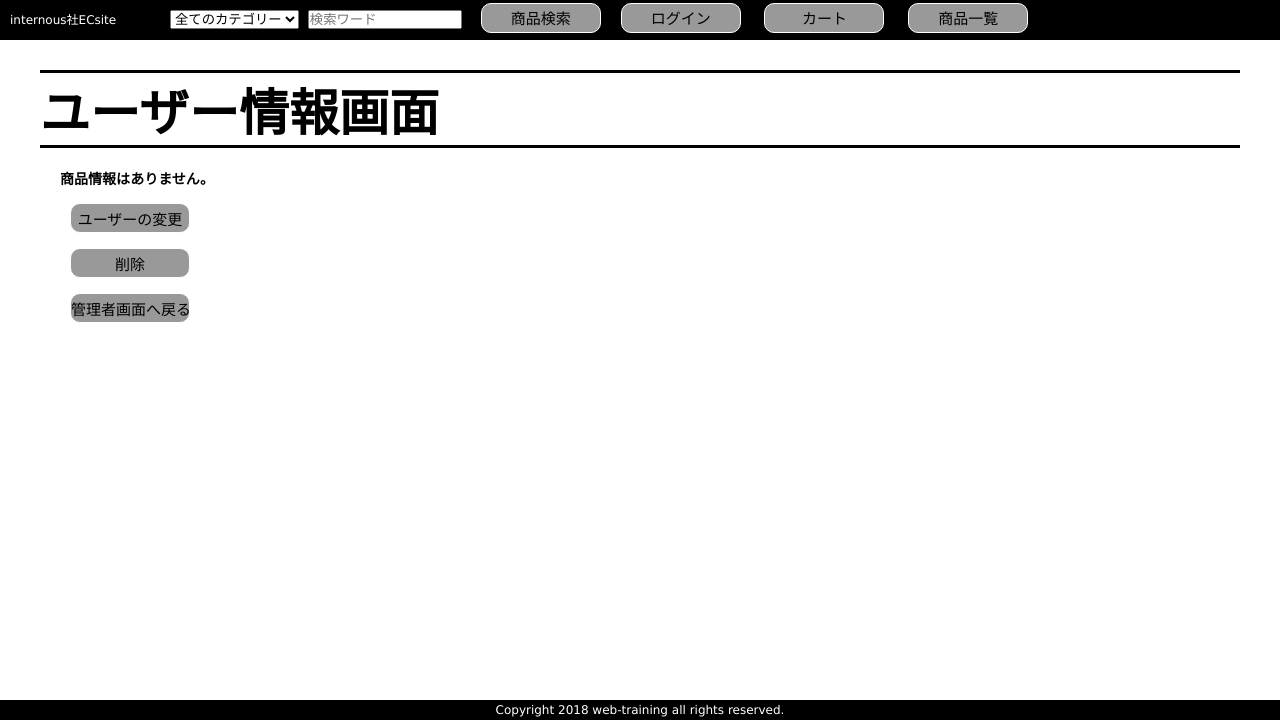
Repository: geeta333/ECsite
Page: http://localhost/web-training/userInfoChange.jsp
The author's editor kept a copy of each file at every save. The page is drawn from the files as they stood at one save, then again after the next save.
The browser window is 1280 px wide. The pictures show the whole page.
The page is served by Tomcat 9. Other server files are loaded and not shown.

Above is the page before, as saved 2018-07-27 06:40:59.

### web-training/WebContent/userInfoChange.jsp
<%@ page language="java" contentType="text/html; charset=UTF-8"
    pageEncoding="UTF-8"%>
<%@ taglib prefix="s" uri="/struts-tags" %>
<!DOCTYPE html>
<html>
<head>
	<meta charset="UTF-8" />
	<title>商品情報画面</title>
	<link rel="stylesheet" href="./css/style.css">
</head>
<body>
	<div id="container">
	<jsp:include page="header.jsp" />
	<div id="main" class="clear">
		<div id="top">
			<h1>ユーザー情報画面</h1>
		</div>
		<div class="marginLeft">
			<s:if test="userInfoList == null">
				<h3>商品情報はありません。</h3>
			</s:if>
			<s:elseif test="message == null">
				<h3>商品情報は以下になります。</h3>
			<table border="1" class="ShowData">
				<tr>
					<th>姓</th>
					<th>名</th>
					<th>姓ふりがな</th>
					<th>名ふりがな</th>
					<th>性別</th>
					<th>メールアドレス</th>
					<th>ログインID</th>
					<th>パスワード</th>
				</tr>
				<s:iterator value="userInfoList">
				<tr>
					<th><s:property value="family_name" /></th>
					<th><s:property value="first_name" /></th>
					<th><s:property value="family_name_kana" /></th>
					<th><s:property value="first_name_kana" /></th>
					<th>
						<s:if test="gender == 0">
							<span>男性</span>
						</s:if>
						<s:elseif test="gender == 1">
							<span>女性</span>
						</s:elseif>
					</th>
					<th><s:property value="email" /></th>
					<th><s:property value="user_id" /></th>
					<th><s:property value="password" /></th>
				</tr>
				</s:iterator>
			</table>
			</s:elseif>
			<s:form action="UserInfoModificationAction" class="marginTop">
				<s:submit value="ユーザーの変更" class="button"/>
			</s:form>
			<s:form action="UserInfoAction" class="marginTop">
				<input type="hidden" name="deleteFlg" value="1">
				<s:submit value="削除" method="delete" class="button" />
			</s:form>
			<s:if test="message != null">
				<h3><s:property value="message"/></h3>
			</s:if>
			<s:form action="GoAdministratorAction" class="marginTop">
				<s:submit value="管理者画面へ戻る" class="button"/>
			</s:form>
		</div>
	</div>
	<jsp:include page="footer.jsp" />
</div>
</body>
</html>

### web-training/WebContent/header.jsp
<%@ page language="java" contentType="text/html; charset=UTF-8"
    pageEncoding="UTF-8"%>
<%@ taglib prefix="s" uri="/struts-tags" %>
<!DOCTYPE html>
<html>
<head>
	<meta charset="UTF-8" />
	<title>ヘッダー</title>
<!-- 	<link rel="stylesheet" href="./css/style.css"> -->
</head>
<body>
<div id="header">
	<div id="nameIntroduction">
		<p><a href='<s:url action="GoAdministratorAction" />'>internous社ECsite</a></p>
	</div>

	<ul>
		<s:form action="ItemListAction" class="float">
		<li>
			<select name="category_id">
				<option value="1">全てのカテゴリー</option>
				<option value="2">本</option>
				<option value="3">家電・パソコン</option>
				<option value="4">おもちゃ・ゲーム</option>
			</select>
		</li>
		<li>
			<input type="hidden" name="retrievalFlg" value="1">
			<input type="text" name="keywords" placeholder="検索ワード" id="text">
		</li>
		<li><s:submit value="商品検索"  class="button"/></li>
		</s:form>
		<li>
			<s:if test='#session.containsKey("user_id")'>
				<a href='<s:url action="LogoutAction" />'><input type="button" value="ログアウト" class="button"></a>
			</s:if>
			<s:else>
				<a href='<s:url action="GoLoginAction" />'><input type="button" value="ログイン" class="button"></a>
			</s:else>
		</li>
		<li><a href='<s:url action="GoCartAction" />'><input type="button" value="カート" class="button"></a></li>
		<li><a href='<s:url action="ItemListAction" />'><input type="button" value="商品一覧" class="button"></a></li>
		<s:if test='#session.containsKey("user_id") && !#session.containsKey("administrator")'>
			<li><a href='<s:url action="GoMyPageAction" />'><input type="button" value="マイページ" class="button"></a></li>
		</s:if>
		<s:elseif test='#session.containsKey("administrator")'>
			<li><a href='<s:url action="GoAdministratorAction" />'><input type="button" value="管理者画面へ" class="button"></a></li>
		</s:elseif>
	</ul>
</div>
</body>
</html>

### web-training/WebContent/footer.jsp
<%@ page language="java" contentType="text/html; charset=UTF-8"
    pageEncoding="UTF-8"%>
<%@ taglib prefix="s" uri="/struts-tags" %>
<!DOCTYPE html>
<html>
<head>
	<meta charset="UTF-8" />
	<title>フッター</title>
<!-- 	<link rel="stylesheet" href="./css/style.css"> -->
</head>
<body>
<div id="footer">
	<p>Copyright 2018 web-training all rights reserved.
</div>
</body>
</html>

### web-training/WebContent/css/style.css
@CHARSET "UTF-8";

/* common */

* {
    margin: 0;
    padding: 0;
}

.clear {
    clear: both;
}

html, body {
    min-height: 100%;
    height: 100%;

}

body {
    font-family: Verdana, Helvetica, sans-serif;
    font-size: 12px;
    background: white;
}

h1 {
    font-size: 50px;
    margin: 20px 0;
    border-top: 3px solid black;
    border-bottom: 3px solid black;
}

h2 {
    margin: 15px 0;
}

a {
	text-decoration: none;
	color: inherit;
}

ul {
    list-style: none;
}

th {
	text-align: right;
    padding-right: 5px;
}

select {
    margin: 0 0 0 10px;
}

.button {
    width: 120px;
    height: 30px;
    font-size: 15px;
    border: 1px solid white;
    border-radius: 10px;
    margin-left: 10px;
    margin-right: 10px;
    background: #999;
}

.button:hover {
    opacity: 0.5;
}

/* id */

#container {
    width: 100%;
    min-width: 1200px;
    min-height: 100%;
    position: relative;
}

#header {
    width: 100%;
    height: 40px;
    background: black;
    color: white;
}

#header ul {
    line-height: 40px;
}

#header li {
    display: inline-block;
}

#main {
    width: 1200px;
    padding: 10px 10px 30px;
    margin: 0 auto;
    color: black;
}

#footer {
    width: 100%;
    height: 20px;
    background: black;
    color: white;
    text-align: center;
    line-height: 20px;
    font-size: 12px;
    position: absolute;
    bottom: 0;
}

#text { /*検索で使用*/
    width: 150px;
    margin: 0 5px;
}


#itemList { /*itemListで使用*/

}

#nameIntroduction { /* headerで使用 */
    width: 150px;
    float: left;
    line-height: 40px;
    margin-left: 10px;
}

#pageNo li {
    display: inline-block;
}

/* class */


.verticalTable {
    margin-left: 10px;
}

.verticalTable tr {
    height: 30px;
}

.verticalTable th {
    background: black;
    color: white;
    font-size: 16px;
    width: 170px;
}

.txt {
	width : 300px;
	height : 30px;
	border: 0.5px solid #999;
	font-size : 24px;
}

.list {
	width : 300px;
	height : 30px;
	border: 0.5px solid #999;
}

.marginTop {
    margin-top: 15px;
}

.center {
    text-align: center;
}

.float {
    float: left;
}

.ShowData th {
    padding: 3px;
}

.marginLeft {
    margin-left: 20px;
}


.itemListBox {
    display: inline-block;
    margin: 15px;
    text-align: center;
}

.itemImage {
    width: 200px;
    height: 200px;
}

.itemDetailBox {
    text-align: center;
    font-size: 22px;
}

.itemDetailBox table {
    margin: 20px auto;
}

.itemDetailImage {
    width: 500px;
    height: 500px;
}

.itemImageSmall {
    width: 50px;
    height: 50px;
}

.error {
	color: red;
	font-size: 20px;
}

.marginAuto {
	margin: 0 auto;
}

After the next save:
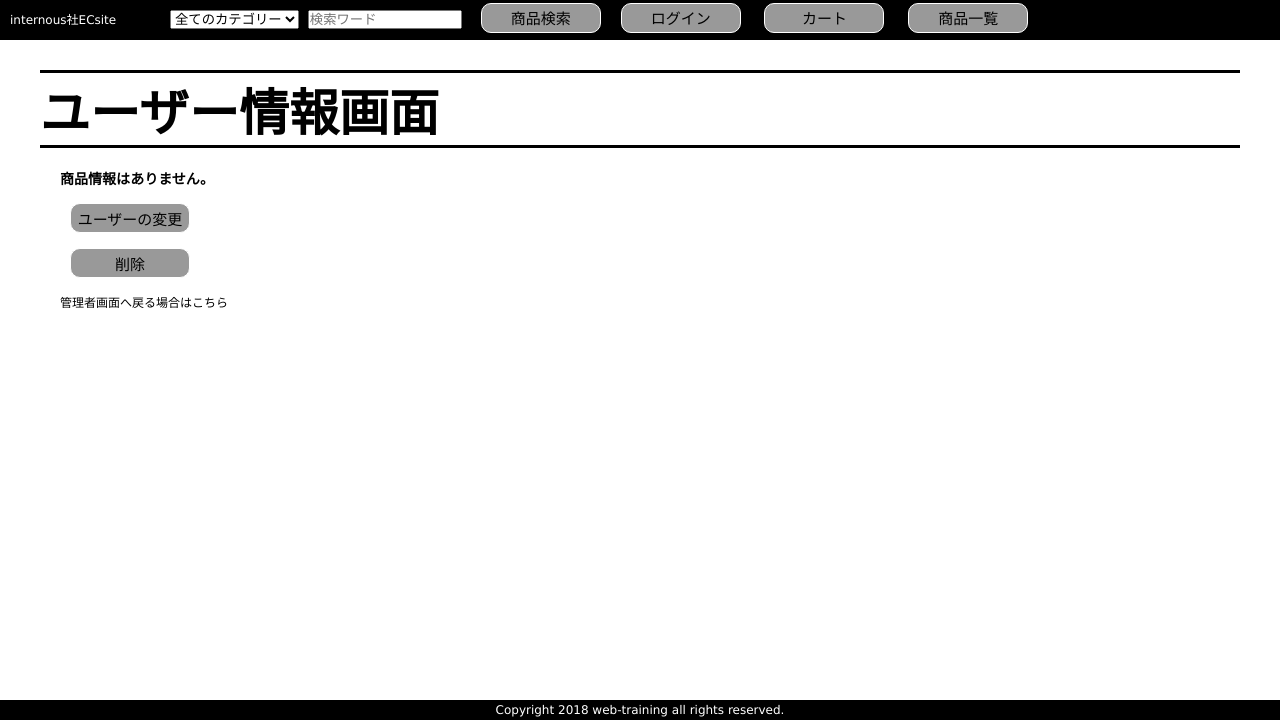
Saved 47 s later.
--- a/web-training/WebContent/userInfoChange.jsp
+++ b/web-training/WebContent/userInfoChange.jsp
@@ -63,9 +63,9 @@
 			<s:if test="message != null">
 				<h3><s:property value="message"/></h3>
 			</s:if>
-			<s:form action="GoAdministratorAction" class="marginTop">
-				<s:submit value="管理者画面へ戻る" class="button"/>
-			</s:form>
+			<div  class="marginTop">
+				<p>管理者画面へ戻る場合は<a href='<s:url action="GoAdministratorAction" />'>こちら</a></p>
+			</div>
 		</div>
 	</div>
 	<jsp:include page="footer.jsp" />
